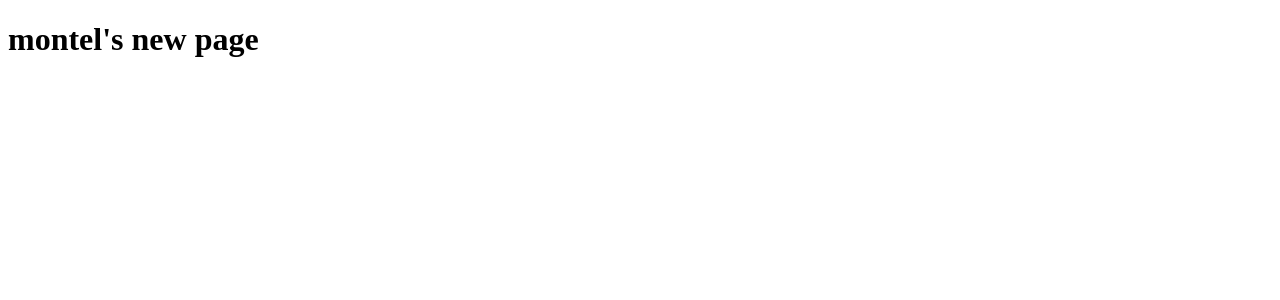
Repository: mnhardy1504/odin-recipes1
Page: repos/java-practice/index.html
The author's editor kept a copy of each file at every save. The page is drawn from the files as they stood at one save, then again after the next save.
The browser window is 1280 px wide. The pictures show the whole page.

Above is the page before, as saved 2023-09-11 19:41:07.

### repos/java-practice/index.html
<!DOCTYPE html>
<html>
<head>
  <meta charset="UTF-8">
  <title>Page Title</title>
</head>
<body>
  <h1> montel's new page </h1>
  <script>
    // Your JavaScript goes here!
    var foo = "bar";
    console.log("Hello, World!", foo);
    foo= 7;
    console.log(foo + 5);
    const v1 = 1;
    const v2 = "2";
    const v3 = 2;
    console.log(v1 + v3);
    console.log(v1 + v2);
    console.log(v2 + v1);
    print("<p> Hey there!</p>");
  </script>
</body>
</html>

After the next save:
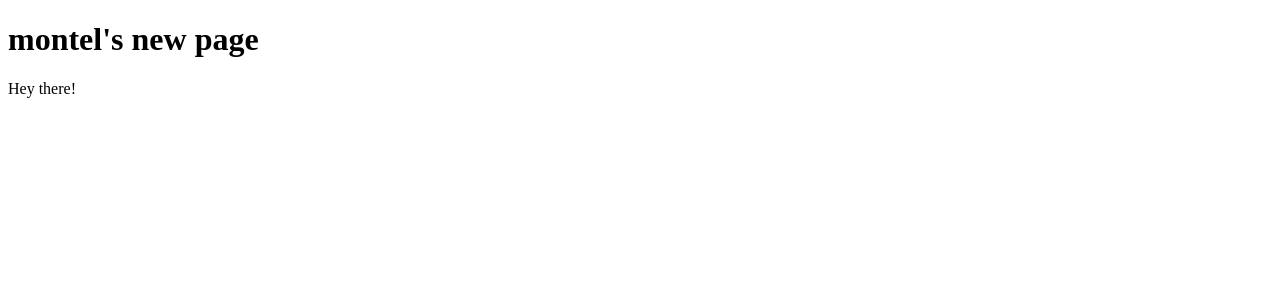
Saved 71 s later.
--- a/repos/java-practice/index.html
+++ b/repos/java-practice/index.html
@@ -18,7 +18,7 @@
     console.log(v1 + v3);
     console.log(v1 + v2);
     console.log(v2 + v1);
-    print("<p> Hey there!</p>");
+    document.write("<p> Hey there!</p>");
   </script>
 </body>
 </html>
